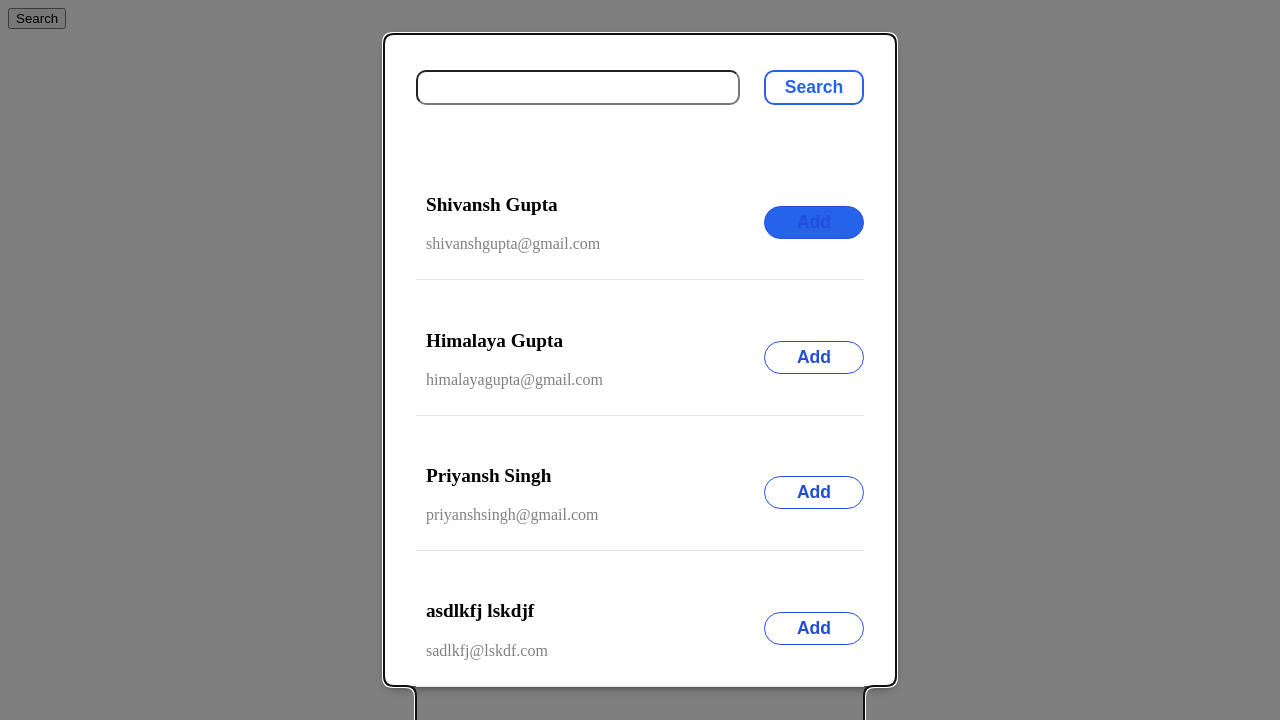
Repository: shiv0403/event-planner
Page: /, after clicking the first element matching `button`
An editor plug-in stored every save of this project. The page is shown before and after the next save, followed by the edit.
The browser window is 1280 px wide. The pictures show the whole page.
The pointer rests on the first visible `.sp__add > button`.
The project was rebuilt for these pictures with package versions that can differ from the ones it lists, and the page was loaded fresh each time.

Above is the page before, as saved 2021-07-27 12:06:39.

After the next save:
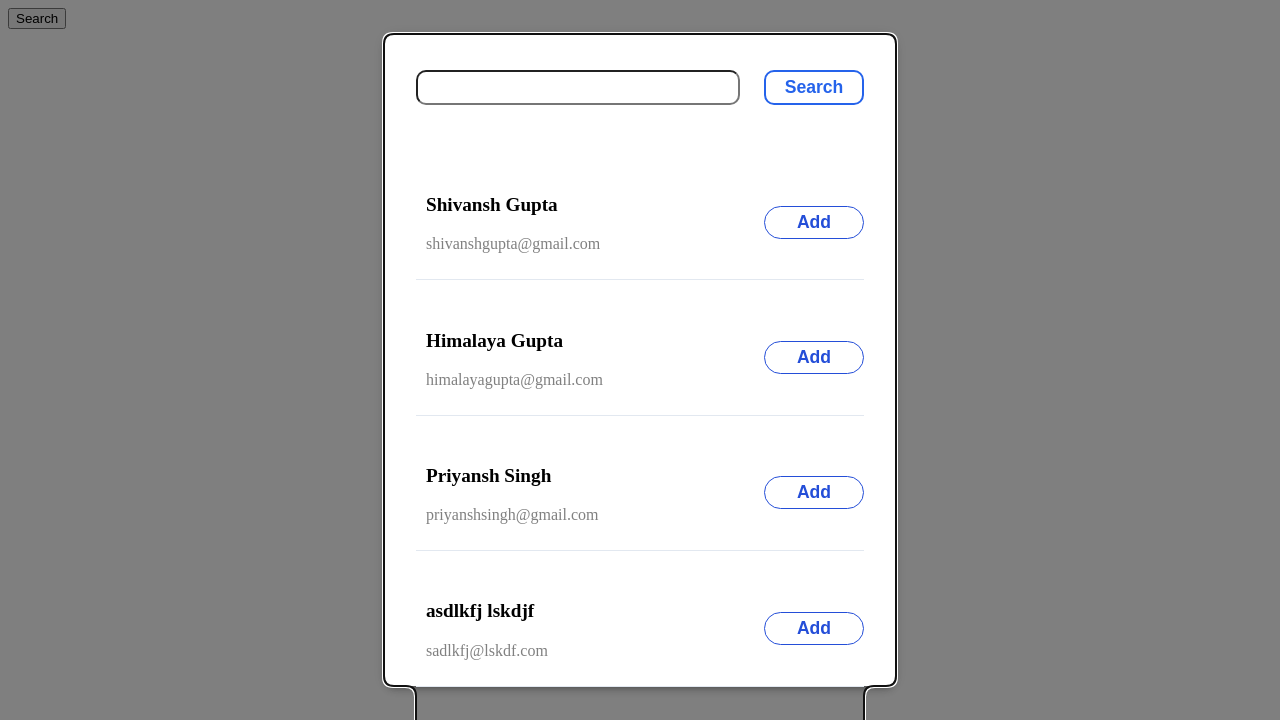
Saved 11 s later.
--- a/src/Components/SearchModal/SearchPerson.css
+++ b/src/Components/SearchModal/SearchPerson.css
@@ -39,7 +39,7 @@
 }
 
 .sp__add > button:hover {
-  background-color: #2563eb;
+  /* background-color: #2563eb; */
   box-shadow: inset 0 0 0 2px var(--color-action);
   -webkit-transition: all 0.1s;
 }
